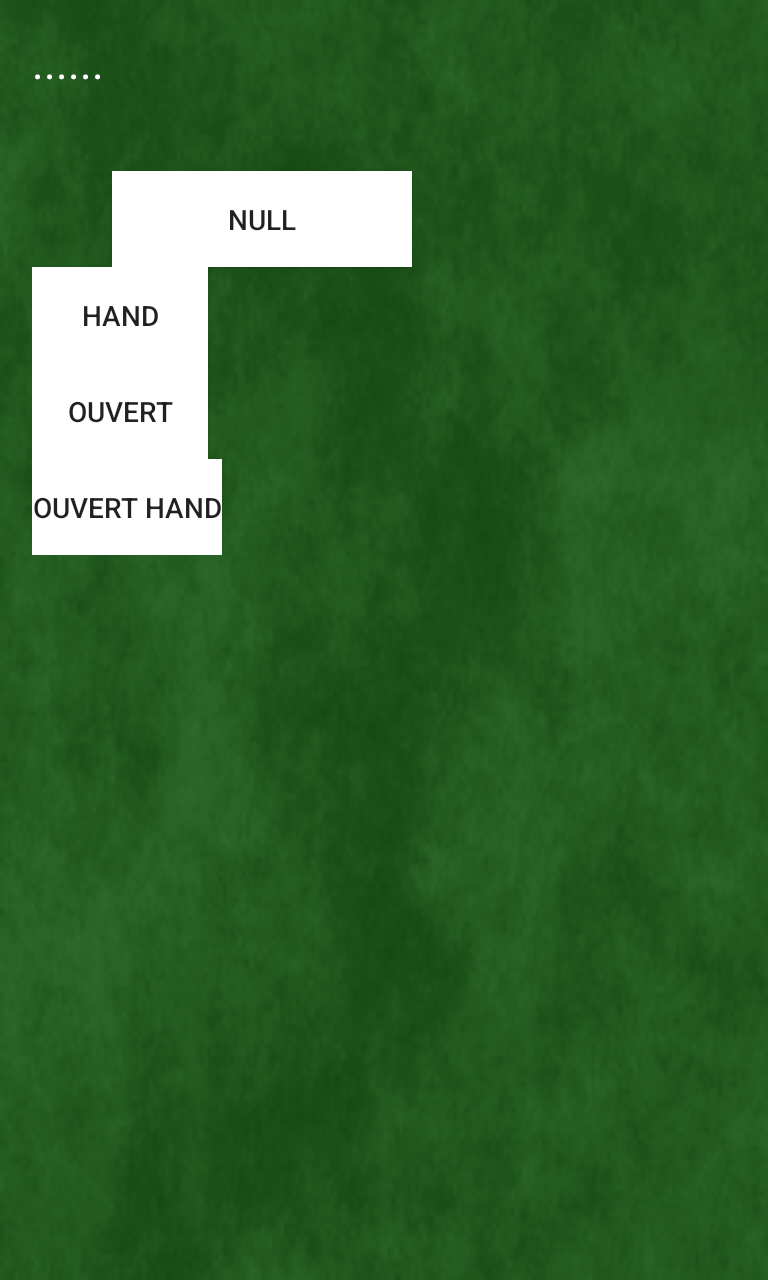
Repository: razinanu/InSy-Skat
Layout: InSy-Skat/res/layout/fragment_null_s.xml
These files come from the project's save history. The layout is drawn as it stood at one moment and after the next save; the edit follows.
It is drawn on a 768 x 1280 px phone screen (xhdpi) without system bars, with theme AppThemeWithoutActionBarTitle; the app's code is not run.

Above is the layout before, as saved 2014-06-21 19:07:32.

### InSy-Skat/res/layout/fragment_null_s.xml
<ScrollView xmlns:android="http://schemas.android.com/apk/res/android"
    xmlns:tools="http://schemas.android.com/tools"
    android:layout_width="match_parent"
    android:layout_height="match_parent"
    android:paddingBottom="@dimen/activity_vertical_margin"
    android:paddingLeft="@dimen/activity_horizontal_margin"
    android:paddingRight="@dimen/activity_horizontal_margin"
    android:paddingTop="@dimen/activity_vertical_margin"
    android:background="@drawable/hintergrundapp"
    tools:context="com.example.insy_skat.NullSPActivity$PlaceholderFragment" >


        <LinearLayout
            android:layout_width="match_parent"
            android:layout_height="wrap_content"
            android:orientation="vertical" >

            <TextView
                android:id="@+id/bubenAuswahlText"
                android:layout_width="wrap_content"
                android:layout_height="wrap_content"
                android:text="@string/nullspiel"
                android:textAppearance="?android:attr/textAppearanceLarge"
                android:textColor="#ffffff" />

            <Button
                android:id="@+id/nullsp"
                android:layout_width="150dp"
                android:layout_height="wrap_content"
                android:text="@string/nullString"
                android:gravity="center"
                android:layout_marginTop="40dp"
                android:layout_marginLeft="40dp"
                android:background="#ffffff" />

             <Button
                 android:id="@+id/nullH"
                 android:layout_width="wrap_content"
                 android:layout_height="wrap_content"
                 android:text="@string/nullH"
                 android:background="#ffffff" />

             <Button
                 android:id="@+id/nullou"
                 android:layout_width="wrap_content"
                 android:layout_height="wrap_content"
                 android:text="@string/nullou"
                 android:background="#ffffff" />

             <Button
                 android:id="@+id/nullouH"
                 android:layout_width="wrap_content"
                 android:layout_height="wrap_content"
                 android:text="@string/nullouH"
                 android:background="#ffffff" />

        </LinearLayout>


</ScrollView>

### InSy-Skat/res/values/strings.xml
<?xml version="1.0" encoding="utf-8"?>
<resources>

    <string name="app_name">Reizassistent</string>
    <string name="action_settings">Settings</string>
    <string name="zurueck">Zurück</string>
    <string name="weiter">Weiter</string>
    <string name="menue">Menü</string>
    <string name="abbrechen">Beenden</string>
    <string name="farbspielGrand">Farbspiel/Grand</string>
    <string name="nullString">Null</string>
    <string name="grand">Grand</string>
    <string name="reizassistent">Reizassistent</string>
    <string name="bubenAuswaehlen">Buben Auswählen</string>
    <string name="farbenAuswahl">Farben Auswählen</string>
    <string name="reizenTabelle">Reiztabelle</string>
    <string name="title_activity_selected_soldiers">SelectedSoldiers</string>
    <string name="title_activity_farben_auswahl">FarbenAuswahl</string>
    <string name="title_activity_result">ResultActivity</string>
    <string name="info_title">Zusätzliche Informationen</string>
    <string name="home_title">Hauptmenü</string>
    <string name="title_activity_null_sp">NullSPActivity</string>
    <string name="nullspiel">......</string>
     <string name="nullH">Hand</string>
     <string name="nullou">Ouvert</string>
     <string name="nullouH">Ouvert Hand</string>

</resources>

Loaded but not shown: InSy-Skat/res/values-v11/styles.xml (common file); InSy-Skat/res/values/styles.xml (common file); InSy-Skat/res/values-v14/styles.xml (common file); InSy-Skat/res/values/dimens.xml (common file); InSy-Skat/res/values-w820dp/dimens.xml (common file)

After the next save:
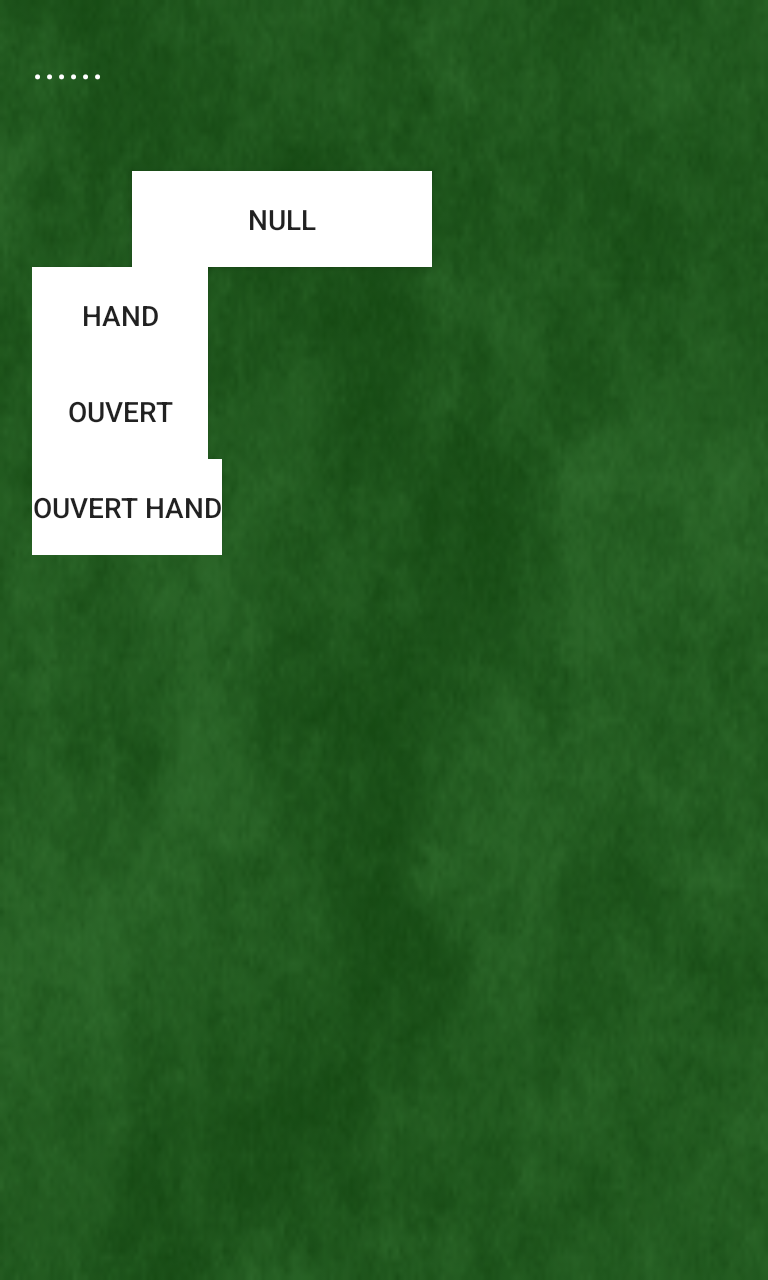
Saved 8 s later.
--- a/InSy-Skat/res/layout/fragment_null_s.xml
+++ b/InSy-Skat/res/layout/fragment_null_s.xml
@@ -30,7 +30,7 @@
                 android:text="@string/nullString"
                 android:gravity="center"
                 android:layout_marginTop="40dp"
-                android:layout_marginLeft="40dp"
+                android:layout_marginLeft="50dp"
                 android:background="#ffffff" />
 
              <Button
